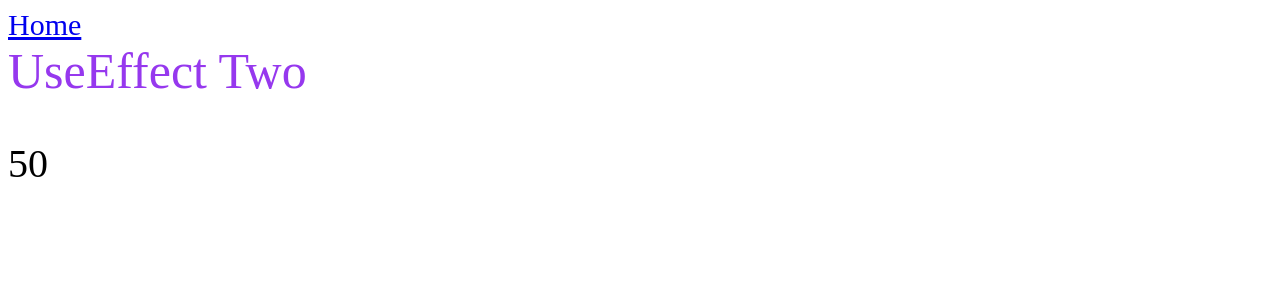
Repository: KanaKimishima/carousel
Page: /useEffectTwo
An editor plug-in stored every save of this project. The page is shown before and after a run of saves, followed by the edit.
The browser window is 1280 px wide. The pictures show the whole page.
The project was rebuilt for these pictures with package versions that can differ from the ones it lists, and the page was loaded fresh each time. The framework's server and built-in components were replaced by stand-ins that run in the browser. Also part of the build but not shown: next.config.js.

Above is the page before, as saved 2023-02-21 01:07:41.

After the next 2 saves:
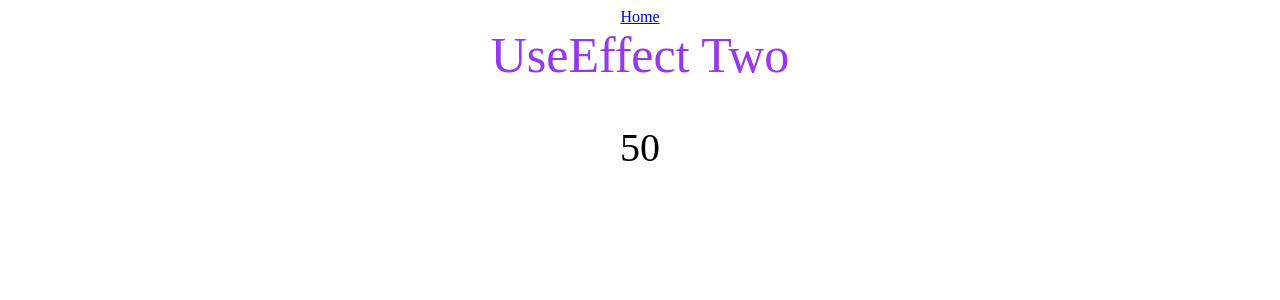
The 2 saves are shown as one change because they came seconds apart.
The last was saved 9 s later.
--- a/styles/UseEffectTwo.module.css
+++ b/styles/UseEffectTwo.module.css
@@ -1,8 +1,6 @@
-.home {
+.main {
     text-align: center;
-    font-size: 30px;
 }
-
 
 .heading {
     font-size: 50px;
